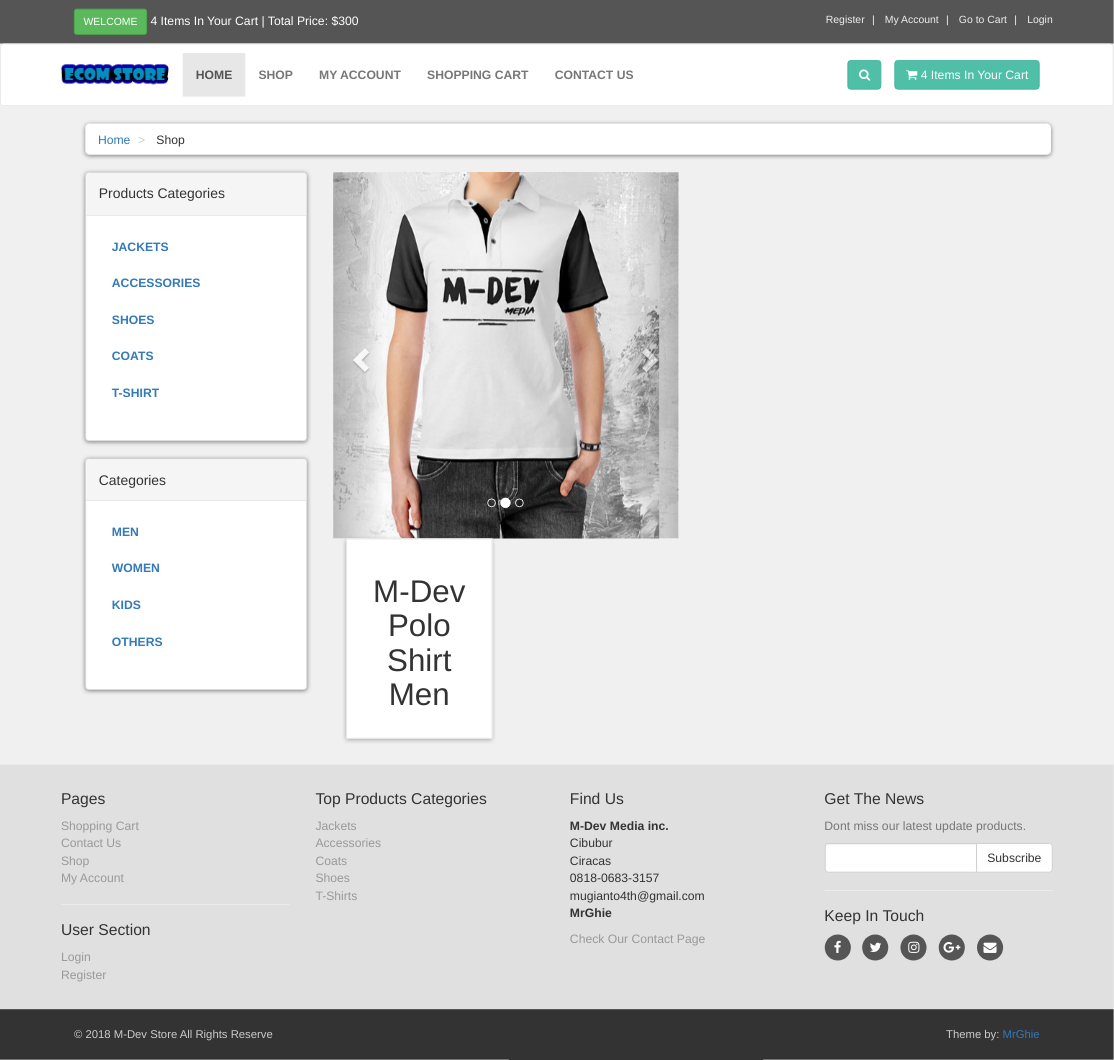
Repository: truonghuynhquy/M_Dev_Store
Page: http://localhost/details.php
The author's editor kept a copy of each file at every save. The page is drawn from the files as they stood at one save, then again after the next save.
The browser window is 1280 px wide. The pictures show the whole page, at 87% of full size.
The page is run by PHP 8.4 with error messages shown; the project is at /var/www/html/.

Above is the page before, as saved 2022-09-26 00:33:14.

### details.php
<!DOCTYPE html>
<html lang="en">

<head>
    <meta charset="UTF-8">
    <meta http-equiv="X-UA-Compatible" content="IE=edge">
    <meta name="viewport" content="width=device-width, initial-scale=1.0">
    <title>M-Dev Shop</title>
    <link rel="stylesheet" href="styles/bootstrap-337.min.css">
    <link rel="stylesheet" href="styles/style.css">
    <link rel="stylesheet" href="font-awsome/css/font-awesome.min.css">
</head>

<body>
    <div id="top">
        <!--  Top:     Begin  -->

        <div class="container">
            <!--  Container:     Begin  -->
            <div class="col-md-6 offer">
                <!--  col-md-6 offer:     Begin  -->
                <a href="#" class="btn btn-success btn-sm">Welcome</a>
                <a href="checkout.php">4 Items In Your Cart | Total Price: $300</a>
            </div><!--  col-md-6:     Finish  -->

            <div class="col md-6">
                <!--  col-md-6:     Begin  -->

                <ul class="menu">
                    <!--  menu:     Begin  -->
                    <li>
                        <a href="customer_register.php">Register</a>
                    </li>
                    <li>
                        <a href="checkout.php">My Account</a>
                    </li>
                    <li>
                        <a href="cart.php">Go to Cart</a>
                    </li>
                    <li>
                        <a href="checkout.php">Login</a>
                    </li>

                </ul><!--  menu:     Finish  -->

            </div><!--  col-md-6:     Finish  -->

        </div><!--  Container:     Finish  -->

    </div><!--  Top:    Finish  -->

    <div id="navbar" class="navbar navbar-default">
        <!--  navbar navbar-default:    Begin  -->

        <div class="container">
            <!--  container:    Begin  -->

            <div class="nav-header">
                <!--  nav-header:    Begin  -->

                <a href="index.php" class="navbar-brand home">
                    <!-- navbar-brand home Begin -->

                    <img src="images/ecom-store-logo.png" alt="M-dev-Store Logo" class="hidden-xs">
                    <img src="images/ecom-store-logo-mobile.png" alt="M-dev-Store Logo Mobile" class="visible-xs">

                </a><!-- navbar-brand home Finish -->

                <button class="navbar-toggle" data-toggle="collapse" data-target="#navigation">

                    <span class="sr-only">Toggle navigation</span>

                    <i class="fa fa-align-justify"></i>

                </button>

                <button class="navbar-toggle" data-toggle="collapse" data-target="#search">

                    <span class="sr-only">Toggle Search</span>

                    <i class="fa fa-search"></i>

                </button>

            </div><!--  nav-header:    Finish  -->

            <div class="collapse navbar-collapse" id="navigation">
                <!-- navbar-collapse collapse Begin -->

                <div class="padding-nav">
                    <!-- padding-nav Begin -->

                    <ul class="nav navbar-nav left">
                        <!-- nav navbar-nav left Begin -->

                        <li class="active">
                            <a href="index.php">Home</a>
                        </li>
                        <li>
                            <a href="shop.php">Shop</a>
                        </li>
                        <li>
                            <a href="checkout.php">My Account</a>
                        </li>
                        <li>
                            <a href="cart.php">Shopping Cart</a>
                        </li>
                        <li>
                            <a href="contact.php">Contact Us</a>
                        </li>

                    </ul><!-- nav navbar-nav left Finish -->

                </div><!-- padding-nav Finish -->

                <a href="cart.php" class="btn navbar-btn btn-primary right">

                    <!-- btn navbar-btn btn-primary Begin -->

                    <i class="fa fa-shopping-cart"></i>

                    <span>4 Items In Your Cart</span>

                </a><!-- btn navbar-btn btn-primary Finish -->

                <div class="navbar-collapse collapse right">
                    <!-- navbar-collapse collapse right Begin -->

                    <button class="btn btn-primary navbar-btn" type="button" data-toggle="collapse" data-target="#search">
                        <!-- btn btn-primary navbar-btn Begin -->

                        <span class="sr-only">Toggle Search</span>

                        <i class="fa fa-search"></i>

                </div><!-- navbar-collapse collapse right Finish -->

                <div class="collapse clearfix" id="search">
                    <!-- collapse clearfix Begin -->

                    <form method="get" action="results.php" class="navbar-form">
                        <!-- navbar-form Begin -->

                        <div class="input-group">
                            <!-- input-group Begin -->

                            <input type="text" class="form-control" placeholder="Search" name="user_query" required>

                            <span class="input-group-btn">
                                <!-- input-group-btn Begin -->

                                <button type="submit" name="search" value="Search" class="btn btn-primary">
                                    <!-- btn btn-primary Begin -->

                                    <i class="fa fa-search"></i>

                                </button><!-- btn btn-primary Finish -->

                            </span><!-- input-group-btn Finish -->

                        </div><!-- input-group Finish -->

                    </form><!-- navbar-form Finish -->

                </div><!-- collapse clearfix Finish -->

            </div><!-- navbar-collapse collapse Finish -->

        </div><!--  container:    Finish  -->

    </div><!--  navbar navbar-default:    Finish  -->

    <div id="content">
        <!-- #content Begin -->

        <div class="container">
            <!-- container Begin -->

            <div class="col-md-12">
                <!-- col-md-12 Begin -->

                <ul class="breadcrumb">
                    <!-- breadcrumb Begin -->

                    <li>
                        <a href="index.php">Home</a>
                    </li>
                    <li>
                        Shop
                    </li>

                </ul><!-- breadcrumb Finish -->

            </div><!-- col-md-12 Finish  -->

            <div class="col-md-3">
                <!-- col-md-3 Begin -->

                <?php

                include("includes/sidebar.php");
                ?>

            </div><!-- col-md-3 Finish -->

            <div class="col-md-9">
                <!-- col-md-9 Begin -->

                <div id="productMain" class="row">
                    <!-- row Begin -->

                    <div class="col-md-6">
                        <!-- col-sm-6 Begin -->

                        <div id="mainImage">
                            <!-- mainImage Begin -->

                            <div id="myCarousel" class="carousel slide" data-ride="carousel">
                                <!-- carousel slide Begin -->

                                <ol class="carousel-indicators">
                                    <!-- carousel-indicators Begin -->

                                    <li data-target="#myCarousel" data-slide-to="0" class="active"></li>
                                    <li data-target="#myCarousel" data-slide-to="1"></li>
                                    <li data-target="#myCarousel" data-slide-to="2"></li>

                                </ol><!-- carousel-indicators Finish -->

                                <div class="carousel-inner">

                                    <div class="item active">
                                        <center><img class="img-responsive" src="admin_area/product_images/Product-3a.jpg" alt="Product 3-a"></center>
                                    </div>

                                    <div class="item">
                                        <center><img class="img-responsive" src="admin_area/product_images/Product-3b.jpg" alt="Product 3-b"></center>
                                    </div>

                                    <div class="item">
                                        <center><img class="img-responsive" src="admin_area/product_images/Product-3c.jpg" alt="Product 3-c"></center>
                                    </div>

                                </div>

                                <a href="#myCarousel" class="left carousel-control" data-slide="prev">

                                    <!-- left carousel-control Begin -->
                                    <span class="glyphicon glyphicon-chevron-left"></span>
                                    <span class="sr-only">Previous</span>

                                </a><!-- left carousel-control Finish -->

                                <a href="#myCarousel" class="right carousel-control" data-slide="next">

                                    <!-- right carousel-control Begin -->
                                    <span class="glyphicon glyphicon-chevron-right"></span>
                                    <span class="sr-only">Previous</span>

                                </a><!-- right carousel-control Finish -->

                            </div><!-- carousel slide Finish -->

                        </div><!-- mainImage Finish -->

                        <div class="col-sm-6">
                            <!-- col-sm-6 Begin -->

                            <div class="box">
                                <!-- box Begin -->

                                <h1 class="text-center">M-Dev Polo Shirt Men</h1>

                            </div><!-- box Finish -->

                        </div><!-- col-sm-6 Finish -->

                    </div><!-- col-sm-6 Finish -->

                </div><!-- row Finish -->

            </div><!-- col-md-9 Finish -->

        </div><!-- container Finish  -->

    </div> <!-- #content Finish  -->

    <?php

    include("includes/footer.php");

    ?>

    <script src="js/jquery-331.min.js"></script>
    <script src="js/bootstrap-337.min.js"></script>


</body>

</html>

### includes/sidebar.php
<div class="panel panel-default sidebar-menu">
    <!-- panel panel-default sidebar-menu Begin -->

    <div class="panel-heading">
        <!-- panel-heading Begin -->

        <h3 class="panel-title">Products Categories</h3>

    </div><!-- panel-heading Finish -->

    <div class="panel-body">
        <!-- panel-body Begin -->

        <ul class="nav nav-pills nav-stacked category-menu">
            <!-- nav nav-pills nav-stacked category-menu Begin -->

            <li><a href="#">Jackets</a></li>
            <li><a href="#">Accessories</a></li>
            <li><a href="#">Shoes</a></li>
            <li><a href="#">Coats</a></li>
            <li><a href="#">T-Shirt</a></li>

        </ul><!-- nav nav-pills nav-stacked category-menu Finish -->

    </div><!-- panel-body Finish -->

</div><!-- panel panel-default sidebar-menu Finish -->

<div class="panel panel-default sidebar-menu">
    <!-- panel panel-default sidebar-menu Begin -->

    <div class="panel-heading">
        <!-- panel-heading Begin -->

        <h3 class="panel-title">Categories</h3>

    </div><!-- panel-heading Finish -->

    <div class="panel-body">
        <!-- panel-body Begin -->

        <ul class="nav nav-pills nav-stacked category-menu">
            <!-- nav nav-pills nav-stacked category-menu Begin -->

            <li><a href="#">Men</a></li>
            <li><a href="#">Women</a></li>
            <li><a href="#">Kids</a></li>
            <li><a href="#">Others</a></li>

        </ul><!-- nav nav-pills nav-stacked category-menu Finish -->

    </div><!-- panel-body Finish -->

</div><!-- panel panel-default sidebar-menu Finish -->

### includes/footer.php
<div id="footer">
    <!-- #footer Begin -->

    <div class="container">
        <!-- container Begin -->

        <div class="row">
            <!-- row Begin -->

            <div class="col-sm-6 col-md-3">
                <!-- col-sm-6 col-md-3 Begin -->

                <h4>Pages</h4>

                <ul>
                    <!-- ul Begin -->
                    <li><a href="cart.php">Shopping Cart</a></li>
                    <li><a href="contact.php">Contact Us</a></li>
                    <li><a href="shop.php">Shop</a></li>
                    <li><a href="checkout.php">My Account</a></li>
                </ul><!-- ul Finish -->

                <hr>

                <h4>User Section</h4>

                <ul>
                    <!-- ul Begin -->
                    <li><a href="checkout.php">Login</a></li>
                    <li><a href="customer_register.php">Register</a></li>
                </ul><!-- ul Finish -->

                <hr class="hidden-md hidden-lg hidden-sm">

            </div><!-- col-sm-6 col-md-3 Finish -->

            <div class="com-sm-6 col-md-3">
                <!-- col-sm-6 col-md-3 Begin -->

                <h4>Top Products Categories</h4>

                <ul>
                    <!-- ul Begin -->
                    <li><a href="#">Jackets</a></li>
                    <li><a href="#">Accessories</a></li>
                    <li><a href="#">Coats</a></li>
                    <li><a href="#">Shoes</a></li>
                    <li><a href="#">T-Shirts</a></li>
                </ul><!-- ul Finish -->

                <hr class="hidden-md hidden-lg">

            </div><!-- col-sm-6 col-md-3 Finish -->

            <div class="col-sm-6 col-md-3">
                <!-- col-sm-6 col-md-3 Begin -->

                <h4>Find Us</h4>

                <p>
                    <!-- p Start -->

                    <strong>M-Dev Media inc.</strong>
                    <br />Cibubur
                    <br />Ciracas
                    <br />0818-0683-3157
                    <br />mugianto4th@gmail.com
                    <br /><strong>MrGhie</strong>

                </p><!-- p Finish -->

                <a href="contact.php">Check Our Contact Page</a>

                <hr class="hidden-md hidden-lg">

            </div><!-- col-sm-6 col-md-3 Finish -->

            <div class="col-sm-6 col-md-3">

                <h4>Get The News</h4>

                <p class="text-muted">
                    Dont miss our latest update products.
                </p>

                <form action="" method="post">
                    <!-- form begin -->
                    <div class="input-group">
                        <!-- input-group begin -->

                        <input type="text" class="form-control" name="email">

                        <span class="input-group-btn">
                            <!-- input-group-btn begin -->

                            <input type="submit" value="Subscribe" class="btn btn-default">

                        </span><!-- input-group-btn Finish -->

                    </div><!-- input-group Finish -->

                </form><!-- form Finish -->

                <hr>

                <h4>Keep In Touch</h4>

                <p class="social">
                    <a href="#" class="fa fa-facebook"></a>
                    <a href="#" class="fa fa-twitter"></a>
                    <a href="#" class="fa fa-instagram"></a>
                    <a href="#" class="fa fa-google-plus"></a>
                    <a href="#" class="fa fa-envelope"></a>
                </p>

            </div><!-- col-sm-6 col-md-3 Finish -->

        </div><!-- row Finish -->

    </div><!-- container Finish -->

</div><!-- #footer Finish -->

<div id="copyright">
    <!-- #copyright Begin -->

    <div class="container">
        <!-- container Begin -->

        <div class="col-md-6">
            <!-- col-md-6 Begin -->

            <p class="pull-left">&copy; 2018 M-Dev Store All Rights Reserve</p>

        </div><!-- col-md-6 Finish -->

        <div class="col-md-6">
            <!-- col-md-6 Begin -->

            <p class="pull-right">Theme by: <a href="#">MrGhie</a></p>

        </div><!-- col-md-6 Finish -->

    </div><!-- container Finish -->

</div><!-- #copyright Finish -->

### styles/style.css
/* General Styles */

body {
    font-size: 14px;
    line-height: 1.42857143;
    color: #333333;
    background: #f0f0f0;
    overflow-x: hidden;
}

/* Top Styles */

#top {
    background: #555555;
    padding: 10px 0;
}
#top .offer {
    color: #ffffff;
}
#top .offer .btn {
    text-transform: uppercase;
}
@media (max-width: 991px) {
    #top .offer {
        margin-bottom: 10px;
    }
}
@media (max-width: 991px) {
    #top {
        font-size: 12px;
        text-align: center;
    }
}
#top a {
    color: #ffffff;
}
#top ul.menu {
    padding-top: 5px;
    margin: 0px;
    text-align: right;
    font-size: 12px;
    list-style: none;
}
@media (max-width: 991px) {
    #top ul.menu {
        text-align: center;
    }
}
#top ul.menu > li {
    display: inline-block;
}
#top ul.menu > li a {
    color: #eeeeee;
}
#top ul.menu > li + li:before {
    content: "|\00a0";
    color: #f7f7f7;
    padding: 0 5px;
}

/* Header Styles */

.navbar {
    background: #ffffff;
}
.navbar-collapse .right {
    float: right;
}
.navbar-brand {
    float: left;
    padding: 10px 15px;
    font-size: 18px;
    line-height: 20px;
    height: 70px;
}
.navbar-brand:hover,
.navbar-brand:focus {
    text-decoration: none;
}
.navbar ul.nav > li > a {
    text-transform: uppercase;
    font-weight: bold;
    font-size: 14px;
}
.navbar ul.nav > li > a:hover {
    background: #e7e7e7;
}
.padding-nav {
    padding-top: 10px;
}
.btn-primary {
    color: rgb(255, 255, 255);
    background: rgb(79, 191, 168);
    border-color: rgb(65, 179, 156);
}
#search .navbar-form {
    float: right;
}
#search {
    clear: both;
    border-top: solid 1px #9adacd;
    text-align: right;
}
#search .navbar-form .input-group {
    display: table;
}
#search .navbar-form .input-group .form-control {
    width: 100%;
}
#slider {
    margin-bottom: 40px;
}

/* advantages Styles */

#advantages {
    text-align: center;
}
.box {
    background: #ffffff;
    margin: 0 0 30px;
    border: solid 1px #e6e6e6;
    box-sizing: border-box;
    padding: 20px;
    box-shadow: 0px 2px 5px rgba(0, 0, 0, 0.3);
}
#advantages .box .icon {
    position: absolute;
    font-size: 120px;
    width: 100%;
    text-align: center;
    top: -20px;
    left: 0px;
    height: 100%;
    float: left;
    color: #dadada;
    box-sizing: border-box;
    z-index: 1;
}
#advantages .box h3 {
    position: relative;
    margin: 0 0 20px;
    font-weight: 300;
    text-transform: uppercase;
    z-index: 2;
}
#advantages .box h3 a {
    color: #4fbfa8;
}
#advantages .box h3 a:hover {
    text-decoration: none;
}
#advantages .box p {
    position: relative;
    z-index: 2;
    color: #555555;
}

/* Latest Products Styles */

#hot h2 {
    font-size: 36px;
    font-weight: 400;
    color: #4fbfa8;
    text-align: center;
    text-transform: uppercase;
}
#content {
    padding-left: 25px;
}
.single{
    width: 290px;
}
@media (max-width: 768px) {
    .single {
        width: 60%;
        margin: 0 auto;
    }
}
#content .product {
    background: #ffffff;
    border: solid 1px #e6e6e6;
    margin-bottom: 30px;
    box-sizing: border-box;
}
#content .product .text {
    padding: 10px 10px 0px;
}
#content .product .text p.price {
    font-size: 18px;
    text-align: center;
    font-weight: 400;
}
#content .product .text h3 {
    text-align: center;
    font-size: 20px;
}
#content .product .text .button {
    text-align: center;
    clear: both;
}
#content .product .text .button .btn {
    margin-bottom: 10px;
}
#content .product .text h3 a {
    color: rgb(85, 85, 85);
}

/*  Breadcrumb Styles  */

.breadcrumb {
    padding: 8px 15px;
    margin-bottom: 20px;
    background: #ffffff;
    border-radius: 5px;
    box-shadow: 0px 1px 5px rgba(0, 0, 0, 0.5);
}
.breadcrumb > li + li:before {
    content: ">\00a0";
    color: #cccccc;
}
@media (max-width: 991px) {
    .breadcrumb {
        padding: 8px 0px;
        text-align: center;
    }
}

/*  Products Categories & Categories Styles */

#content .panel.sidebar-menu {
    box-sizing: border-box;
    box-shadow: 0px 1px 5px rgba(0, 0, 0, 0.5);
}
#content .panel.sidebar-menu ul.nav.category-menu {
    margin-bottom: 20px;
}
#content .panel.sidebar-menu ul.nav.category-menu li a {
    text-transform: uppercase;
    font-weight: 600;
}
#content .panel.sidebar-menu h3 {
    padding: 5px 0px;
    margin: 0px;
}

/*  Shop Products Tyles  */

@media (max-width: 768px) {
    .center-responsive {
        width: 70%;
        margin: 0px auto;
    }
}
@media (max-width: 550px) {
    .center-responsive {
        width: 95%;
        margin: 0px auto;
    }
}

/*  Footer Styles  */

#footer {
    background: #e0e0e0;
    padding: 20px 0;
}
#footer a {
    color: #999999;
    padding: 0;
    text-decoration: none;
}
#footer a:hover {
    color: #666666;
}
#footer ul {
    list-style: none;
    padding-left: 0px;
}
#footer .social {
    text-align: left;
}
#footer .social a {
    margin: 0px 10px 0px 0px;
    display: inline-block;
    color: #ffffff;
    width: 30px;
    height: 30px;
    border-radius: 15px;
    line-height: 30px;
    font-size: 15px;
    text-align: center;
    vertical-align: bottom;
    background: #555555;
    text-decoration: none;
}
#footer .social a:hover {
    color: #dedede;
    background: #777777;
}

/*  Copyright Styles  */

#copyright {
    background: #333333;
    color: #cccccc;
    padding: 20px 0px;
    font-size: 13px;
}
#copyright p {
    margin: 0px;
}

Loaded but not shown: styles/bootstrap-337.min.css (library); font-awsome/css/font-awesome.min.css (library); js/jquery-331.min.js (library); js/bootstrap-337.min.js (library)

After the next save:
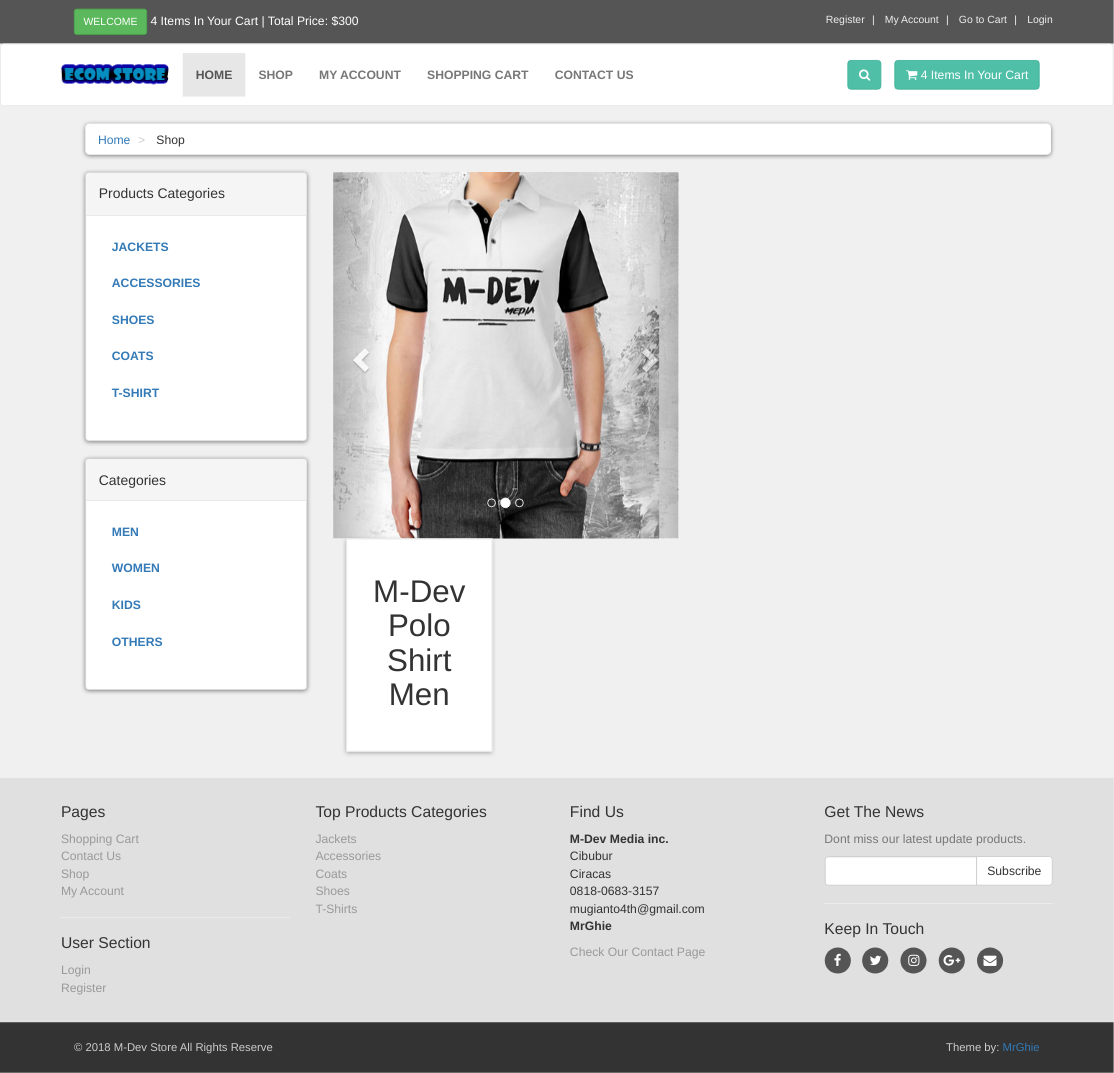
Saved 2 min 23 s later.
--- a/details.php
+++ b/details.php
@@ -271,6 +271,15 @@
 
                                 <h1 class="text-center">M-Dev Polo Shirt Men</h1>
 
+                                <form action="details.php" class="form-horizontal" method="post"><!-- form-horizontal Begin -->
+
+                                <div class="form-group"><!-- form-group Begin -->
+
+
+                                </div><!-- form-group Finish -->
+
+                                </form><!-- form-horizontal Finish -->
+
                             </div><!-- box Finish -->
 
                         </div><!-- col-sm-6 Finish -->
